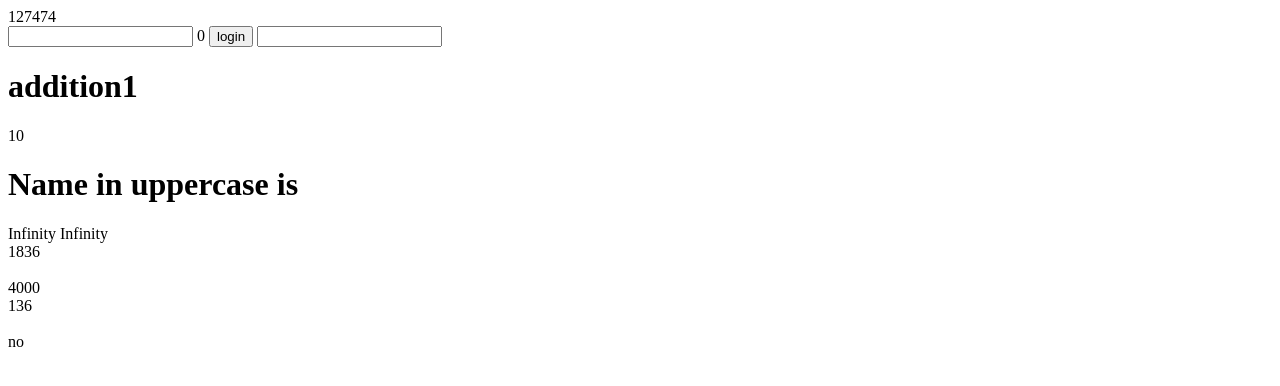
Repository: heenasalim/Java_Script
Page: http://localhost/HtttpSession/ELDemo.jsp
The author's editor kept a copy of each file at every save. The page is drawn from the files as they stood at one save, then again after the next save.
The browser window is 1280 px wide. The pictures show the whole page.
The page is served by Tomcat 9.

Above is the page before, as saved 2015-10-18 11:17:58.

After the next save:
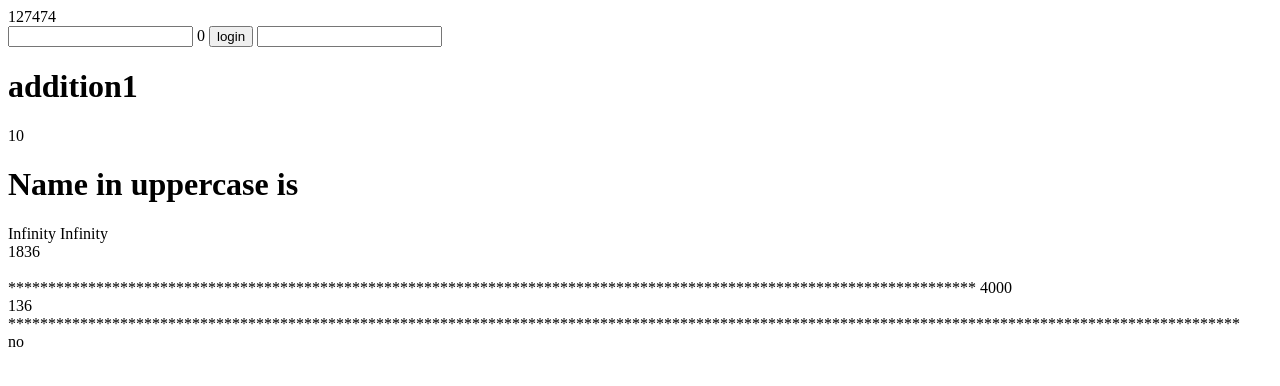
Saved 67 s later.
--- a/HtttpSession/WebContent/ELDemo.jsp
+++ b/HtttpSession/WebContent/ELDemo.jsp
@@ -40,7 +40,7 @@ ${ 9*7*788/0 }
 <c:set   var="no" value="${4*34}" />
 
 <br/>
-
+*************************************************************************************************************************
 <c:set var="salary" scope="session" value="${2000*2}"/>
 <c:out value="${salary}"/>
 <br/>
@@ -48,7 +48,7 @@ ${ 9*7*788/0 }
 <c:set var="no"   scope="session"  value="${param.name}"></c:set>
 <c:out value="${no}"></c:out>
 <br/>
-
+**********************************************************************************************************************************************************
 <c:out value="${param.submit}"></c:out>
 <br/>
 <c:out value="no"></c:out>
